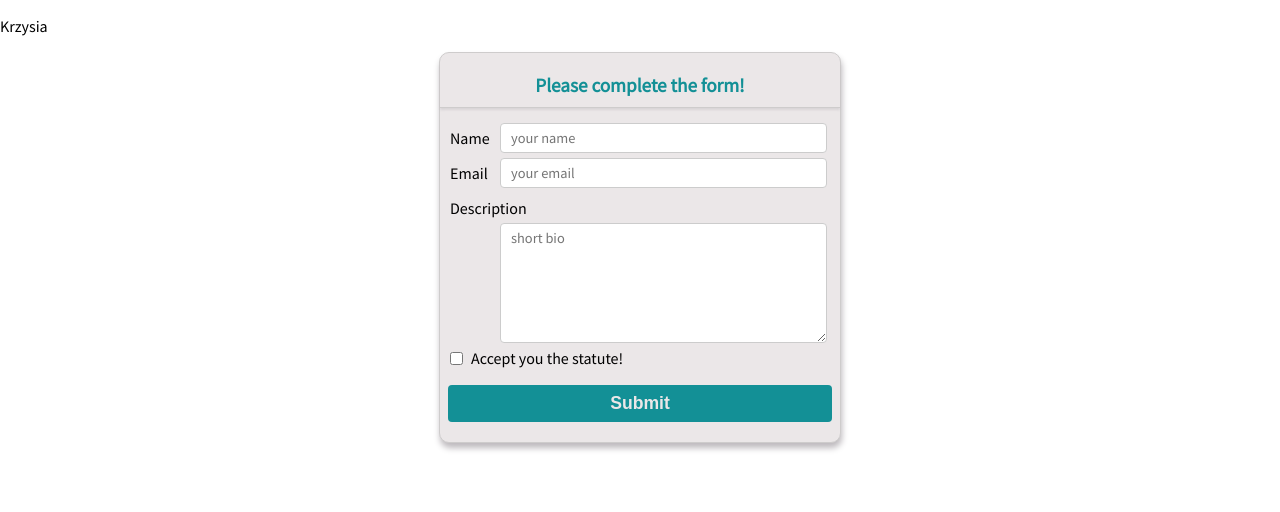
Repository: KrzysKolo/sr_tydzien4_zad2
Page: /
An editor plug-in stored every save of this project. The page is shown before and after the next save, followed by the edit.
The browser window is 1280 px wide. The pictures show the whole page.
The project was rebuilt for these pictures with package versions that can differ from the ones it lists, and the page was loaded fresh each time. Also part of the build but not shown: src/components/formComponents/ErrorMessage.js, src/components/formComponents/Message.js.

Above is the page before, as saved 2020-11-27 22:52:00.

### src/index.css
@import url("https://fonts.googleapis.com/css?family=Source+Sans+Pro");
body {
  margin: 0;
  font-family: "Source Sans Pro", sans-serif;
}

code {
  font-family: source-code-pro, Menlo, Monaco, Consolas, "Courier New",
    monospace;
}

### src/App.js
import React from 'react'
import Form from './components/Form';

function App() {
  return (
    <div>
      <p>Krzysia</p>
      <Form />
    </div>
  )
}

export default App

### src/components/Form.js
import React, { Component } from 'react';
import Input from './formComponents/Input';
import TextArea from './formComponents/TextArea';
import Checkbox from './formComponents/Checkbox';
import Button from './formComponents/Button';
import Header from './formComponents/Header';
import Message from './formComponents/Message';
import styled from 'styled-components';

const ContainerForm = styled.form`
width: 80%;
max-width: 400px;
background: rgb(235, 231, 232);
border: 1px solid rgb(206, 204, 204);
border-radius: 10px;
box-shadow: 1px 5px 6px rgb(189, 185, 189);
margin: 0 auto;
`;

class Form extends Component {

state = {
    Name: '',
    Email: '',
    Description: '',
    accept: false,
    gender: '',
    message: '',
    errors: {
        Name: false,
        Email: false,
        Description: false,
        accept: false,
        gender: false,
        }
}
message = {
    Name_incorrect: "Nazwa musi być dłuższa niż 5 znaków i nie może zawierać spacji",
    Email_incorrect: "Brak @ lub adres zawiera spacje",
    Description_incorrect: "Opis musi zawierać co min 3 znaki i max 150 znaków",
    accept_incorrect: "Nie potwierdziłeś regulaminu",
    gender_incorrect: "Określ płeć",
}

handleChange = e =>{
    const inputName = e.target.name;
    const value = e.target.value;
    this.setState(prev => ({...prev, [inputName]: value}))
}
onSubmit = e => {
    e.preventDefault();
    const validation = this.formValidation();
    if(validation.correct) {
      this.setState({
        Name: "",
        Email: "",
        Description: '',
        accept: false,
        gender: '',
        message: "The form has been submitted!",
        errors: {
          Name: false,
          Email: false,
          Description: false,
          accept: false,
          gender: false,
        }
      })
    } else {
      this.setState({
        errors: {
          Name: !validation.Name,
          Email: !validation.Email,
          Description: !validation.Description,
          accept: !validation.accept,
          gender: !validation.gender,
        }
      })
    }
}

formValidation = () => {
    let Name = false;
    let Email = false;
    let Description = false;
    let accept = false;
    let gender = false;
    let correct = false;
    if(this.state.Name.length > 5) {
      Name = true;
    }
    if(this.state.Email.indexOf('@') !== -1 && this.state.Email.lastIndexOf(' ') === -1) {
      Email = true;
    }
    if(this.state.Description.length >= 3 && this.state.Description.length <= 150) {
      Description = true;
    }
    if(this.state.accept) {
      accept = true;
    }
    if(this.state.gender) {
      gender = true;
    }
    if (Name && Email && Description && accept && gender){
        correct = true;
      }
   return ({
      Name,
      Email,
      Description,
      accept,
      gender,
      correct,

    })

  }

    render () {

    return (
        <ContainerForm onSubmit={this.onSubmit} noValidate>
          <Header />
          <Input type="text" placeholder="your name" value={this.state.Name} name="Name" onChange={this.handleChange} errorInfo={this.state.errors.Name} message={this.message.Name_incorrect} />
          <Input type="email" placeholder="your email" value={this.state.Email} name="Email" onChange={this.handleChange} errorInfo={this.state.errors.Email} message={this.message.Email_incorrect} />
          <TextArea  rows="6" placeholder="short bio" value={this.state.Description} name="Description" onChange={this.handleChange} errorInfo={this.state.errors.Description} message={this.message.Description_incorrect} />
          <Checkbox  type="checkbox" name="accept" checked={this.state.accept}  onChange={this.handleChange} errorInfo={this.state.errors.accept} message={this.message.accept_incorrect} />
          <Button type="submit" />
          {this.state.message && <Message message={this.state.message} /> }
        </ContainerForm>
    )
    }
}

export default Form

### src/components/formComponents/Input.js
import React from 'react'
import styled from 'styled-components';
import ErrorMessage from './ErrorMessage';
const InputDiv = styled.div`
    display: flex;
    flex-direction: row;
    align-content: center;
    margin: 0 auto;
    padding-top: 5px;
`;
const InputLabel = styled.label`
    width: 10%;
    font-size: 1rem;
    padding: 5px 10px;
`;
const inputStyles = errorInfo => `
    width: 80%;
    max-width: 305px;
    padding: 5px 10px;
    border: 1px solid ${errorInfo ? '#d3170d' : '#ccc'};
    border-radius: 4px;
    font-family: inherit;
    font-size: 0.9rem;
`;
const InputError = styled.input`
    ${props => inputStyles(props.errorInfo)}
`;

const TextArea = (props) => {
    const { name, message, errorInfo }= props;
    return (
        <>
            <InputDiv>
                <InputLabel htmlFor={name} >{name} </InputLabel>
                <InputError id={name} {...props} errorInfo={errorInfo} message={message}/>
            </InputDiv>
            {errorInfo && <ErrorMessage message={message} /> }
        </>
    )

}

export default TextArea;

### src/components/formComponents/TextArea.js
import React from 'react'
import styled from 'styled-components';
import ErrorMessage from './ErrorMessage';

const TextAreaDiv = styled.div`
    display: flex;
    flex-direction: column;
    align-content: center;
    margin: 0 auto;
    padding-top: 5px;

`;
const TextAreaLabel = styled.label`
    width: 10%;
    font-size: 1rem;
    padding: 5px 10px;
`;
const textAreaStyles = errorInfo => `
    width: 80%;
    max-width: 305px;
    margin: 0 auto 0 15%;
    padding: 5px 10px;
    border: 1px solid ${errorInfo ? '#d3170d' : '#ccc'};
    border-radius: 4px;
    font-family: inherit;
    font-size: 0.9rem;

`;
const TextAreaError = styled.textarea`
    ${props => textAreaStyles(props.errorInfo)}
`;

const Input = (props) => {
    const { name, message, errorInfo }= props;
    return (
        <>
            <TextAreaDiv>
                <TextAreaLabel htmlFor={name}>{name} </TextAreaLabel>
                <TextAreaError id={name} {...props} errorInfo={errorInfo} message={message}/>
            </TextAreaDiv>
            {errorInfo && <ErrorMessage message={message} /> }
        </>
    )

}

export default Input;

### src/components/formComponents/Checkbox.js
import React from 'react'
import styled from 'styled-components';
import ErrorMessage from './ErrorMessage';

const CheckboxDiv = styled.div`
    display: flex;
    flex-direction: row;
    align-items: center;
    margin-bottom: -8px;

`;
const CheckboxLabel = styled.label`
    font-size: 1rem;
    padding: 5px;
`;

const CheckboxError = styled.input`
    margin-left: 10px;
`;

const Checkbox = (props) => {
    const { name, message, errorInfo }= props;
    return (
        <>
            <CheckboxDiv>
                <CheckboxError id={name} {...props} errorInfo={errorInfo} message={message}/>
                <CheckboxLabel htmlFor={name}> Accept you the statute! </CheckboxLabel>
            </CheckboxDiv>
            {errorInfo && <ErrorMessage message={message} /> }
        </>
    )

}

export default Checkbox;

### src/components/formComponents/Button.js
import React from 'react'
import styled from 'styled-components';

const BtnSubmit = styled.button`
    background: rgb(19, 144, 150);
    border: none;
    border-radius: 4px;
    color: rgb(235, 231, 232);
    cursor: pointer;
    display: block;
    font-size: 1.1rem;
    font-weight: 700;
    margin: 5% auto;
    outline: none;
    padding: 8px 0;
    transition: all 0.3s ease-in-out;
    width: 96%;
    &:hover {
        background: transparent;
        border: 1px solid rgba(19, 144, 150, 0.3);
        color: rgb(19, 144, 150);
    }

`;

const Button = () => {
    return (
        <BtnSubmit>Submit</BtnSubmit>
    )
}

export default Button;

### src/components/formComponents/Header.js
import React from 'react';
import styled from 'styled-components';

const HeaderTitle = styled.header`
    border-bottom: 1px solid rgb(206, 204, 204);
    box-shadow: 0 2px 2px rgba(189, 185, 189, 0.4);
    color: rgb(19, 144, 150);
    font-size: 1.2rem;
    font-weight: 900;
    padding: 10px;
    margin: 10px auto;
    text-align: center;

`;

const Header = () => {
    return (
        <HeaderTitle>
            Please complete the form!
        </HeaderTitle>
    )
}

export default Header;

### src/components/formComponents/Radio.js
import React from 'react'
import styled from 'styled-components';
import ErrorMessage from './ErrorMessage';

const CheckboxDiv = styled.div`
    display: flex;
    flex-direction: row;
    align-items: center;
    margin-bottom: -8px;

`;
const CheckboxLabel = styled.label`
    font-size: 1rem;
    padding: 5px;
`;

const CheckboxError = styled.input`
    margin-left: 10px;
`;

const Checkbox = (props) => {
    const { name, message, errorInfo }= props;
    return (
        <>
            <CheckboxDiv>
                <CheckboxError id={name} {...props} errorInfo={errorInfo} message={message}/>
                <CheckboxLabel htmlFor={name}> Accept you the statute! </CheckboxLabel>
            </CheckboxDiv>
            {errorInfo && <ErrorMessage message={message} /> }
        </>
    )

}

export default Checkbox;

Loaded but not shown: public/index.html (common file); src/index.js (common file)

After the next save:
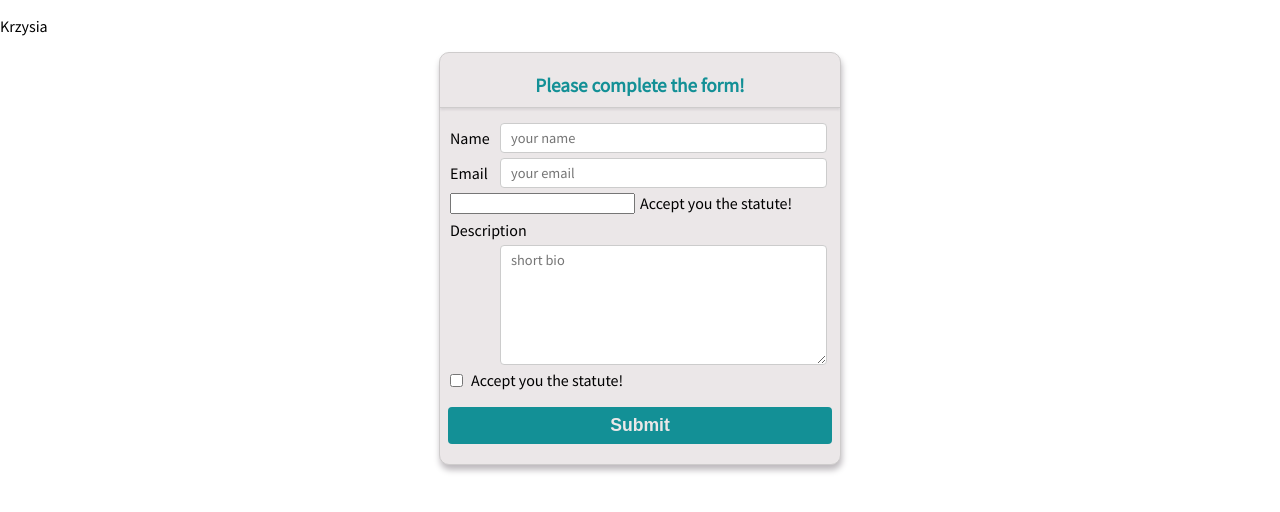
Saved 26 s later.
--- a/src/components/Form.js
+++ b/src/components/Form.js
@@ -2,6 +2,7 @@ import React, { Component } from 'react';
 import Input from './formComponents/Input';
 import TextArea from './formComponents/TextArea';
 import Checkbox from './formComponents/Checkbox';
+import Radio from './formComponents/Radio';
 import Button from './formComponents/Button';
 import Header from './formComponents/Header';
 import Message from './formComponents/Message';
@@ -123,6 +124,7 @@ formValidation = () => {
           <Header />
           <Input type="text" placeholder="your name" value={this.state.Name} name="Name" onChange={this.handleChange} errorInfo={this.state.errors.Name} message={this.message.Name_incorrect} />
           <Input type="email" placeholder="your email" value={this.state.Email} name="Email" onChange={this.handleChange} errorInfo={this.state.errors.Email} message={this.message.Email_incorrect} />
+          <Radio />
           <TextArea  rows="6" placeholder="short bio" value={this.state.Description} name="Description" onChange={this.handleChange} errorInfo={this.state.errors.Description} message={this.message.Description_incorrect} />
           <Checkbox  type="checkbox" name="accept" checked={this.state.accept}  onChange={this.handleChange} errorInfo={this.state.errors.accept} message={this.message.accept_incorrect} />
           <Button type="submit" />
